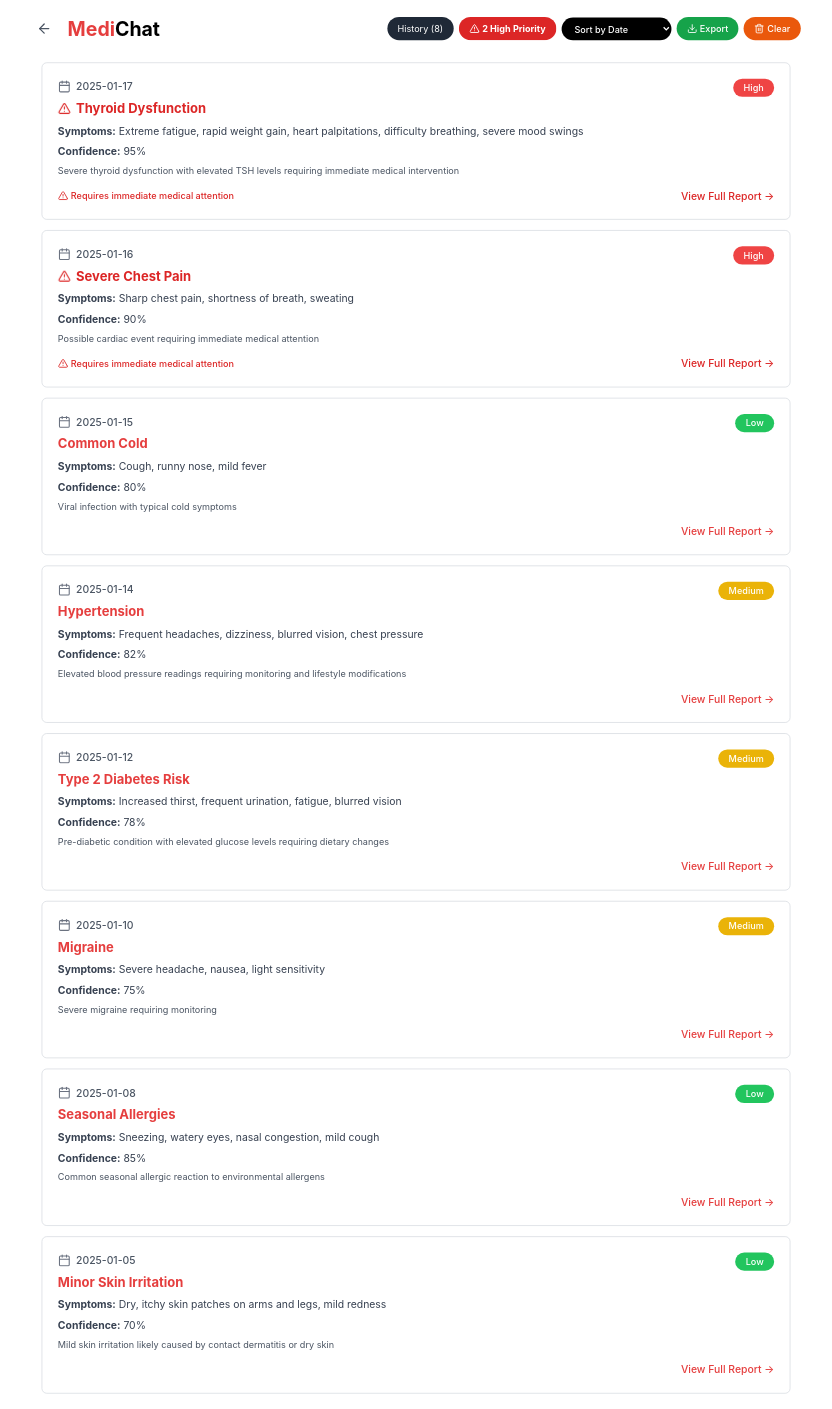
Repository: KarthikBalaji-007/telemedicine-frontend
Page: /history (app in frontend_backup/medichat-frontend/)
These files come from the project's save history. The page is drawn as it stood at one moment and after the next save; the edit follows.
The browser window is 1280 px wide. The pictures show the whole page, at 65% of full size.
The project was rebuilt for these pictures with package versions that can differ from the ones it lists, and the page was loaded fresh each time. Also part of the build but not shown: frontend_backup/medichat-frontend/src/components/HomePage.jsx, frontend_backup/medichat-frontend/src/components/ChatInterface.jsx, frontend_backup/medichat-frontend/src/components/DiagnosisResult.jsx.

Above is the page before, as saved 2025-08-13 17:43:28.

After the next save:
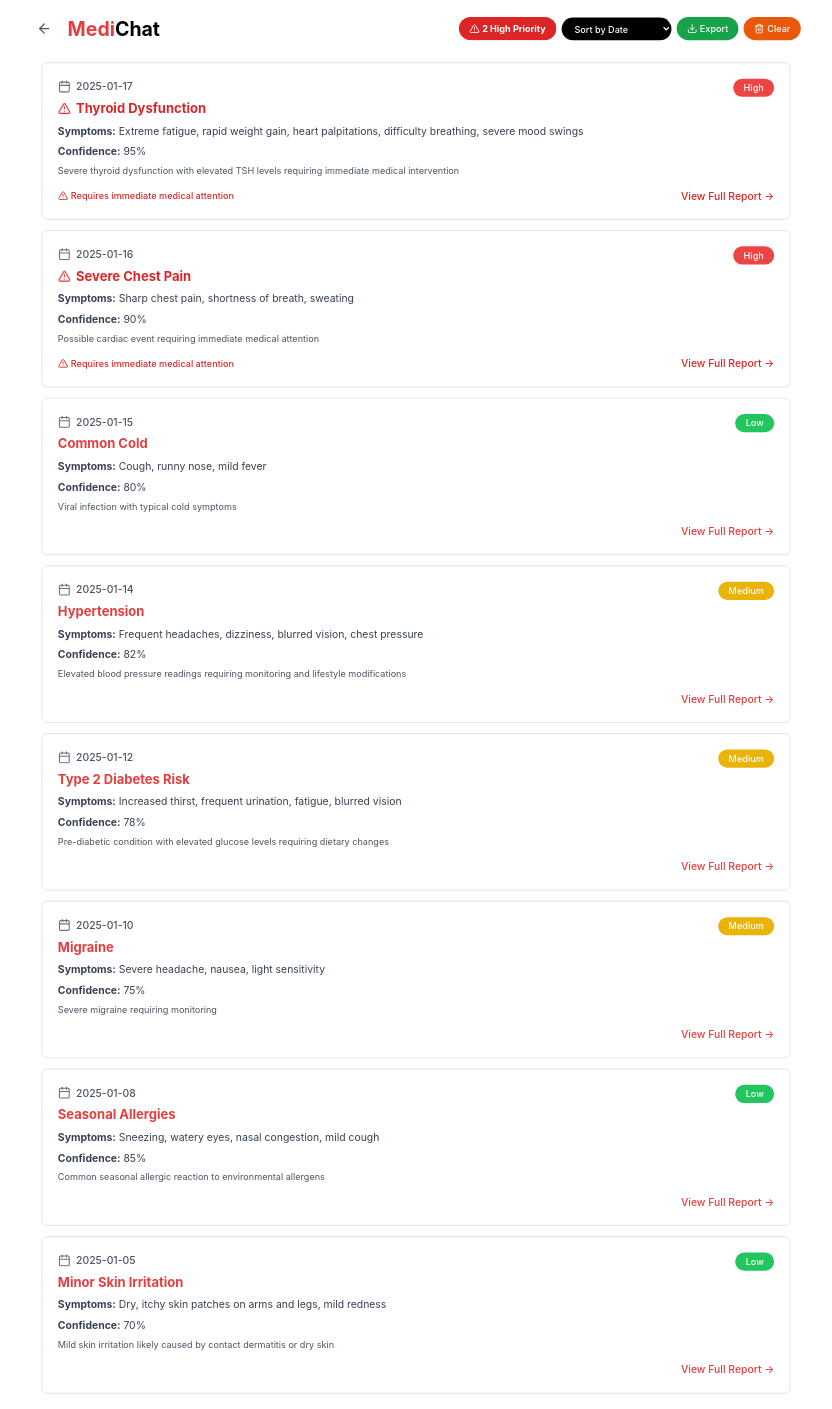
Saved 52 s later.
--- a/frontend_backup/medichat-frontend/src/components/History.jsx
+++ b/frontend_backup/medichat-frontend/src/components/History.jsx
@@ -237,9 +237,7 @@ const History = () => {
             <span className="text-black">Chat</span>
           </h1>
           <div className="ml-auto flex flex-wrap items-center gap-2">
-            <span className="bg-gray-800 text-white px-4 py-2 rounded-full text-sm">
-              History ({historyItems.length})
-            </span>
+
 
             {/* High Priority Alert */}
             {highPriorityCount > 0 && (
